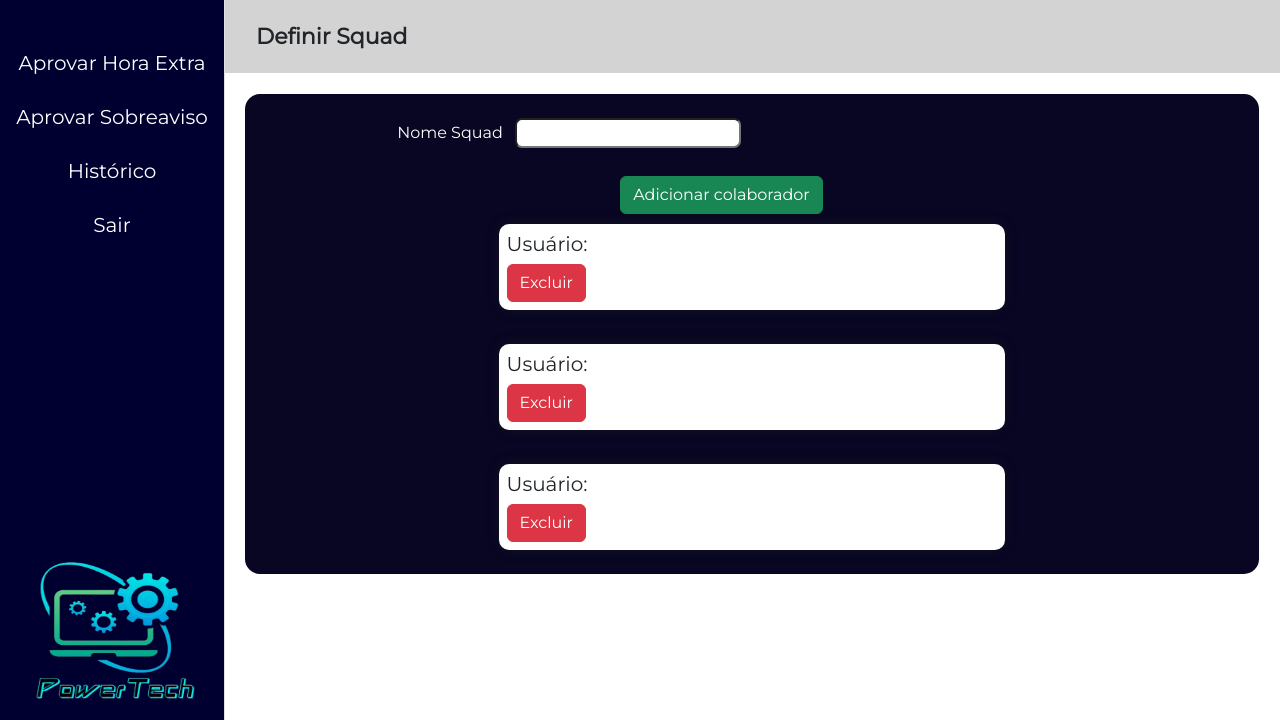
Repository: PowerTech-Fatec/API-2RP-NET
Page: /adm/squad (app in Sprint 3/2rp-web/)
The author's editor kept a copy of each file at every save. The page is drawn from the files as they stood at one save, then again after the next save.
The browser window is 1280 px wide. The pictures show the whole page.
The project was rebuilt for these pictures with package versions that can differ from the ones it lists, and the page was loaded fresh each time. Also part of the build but not shown: Sprint 3/2rp-web/src/pages/login/login.js, Sprint 3/2rp-web/src/pages/home/dashboard.js, Sprint 3/2rp-web/src/pages/home/sobreaviso/sobreaviso.css, Sprint 3/2rp-web/src/pages/home/sobreaviso/sobreaviso.js, Sprint 3/2rp-web/src/pages/home/hora-extra/hora-extra.css, Sprint 3/2rp-web/src/pages/home/hora-extra/hora-extra.js, Sprint 3/2rp-web/src/components/cards/Cards.js, Sprint 3/2rp-web/src/pages/home/gestor/aprovar-hora-extra/gestor.js and 3 more.

Above is the page before, as saved 2022-11-02 13:43:00.

After the next save:
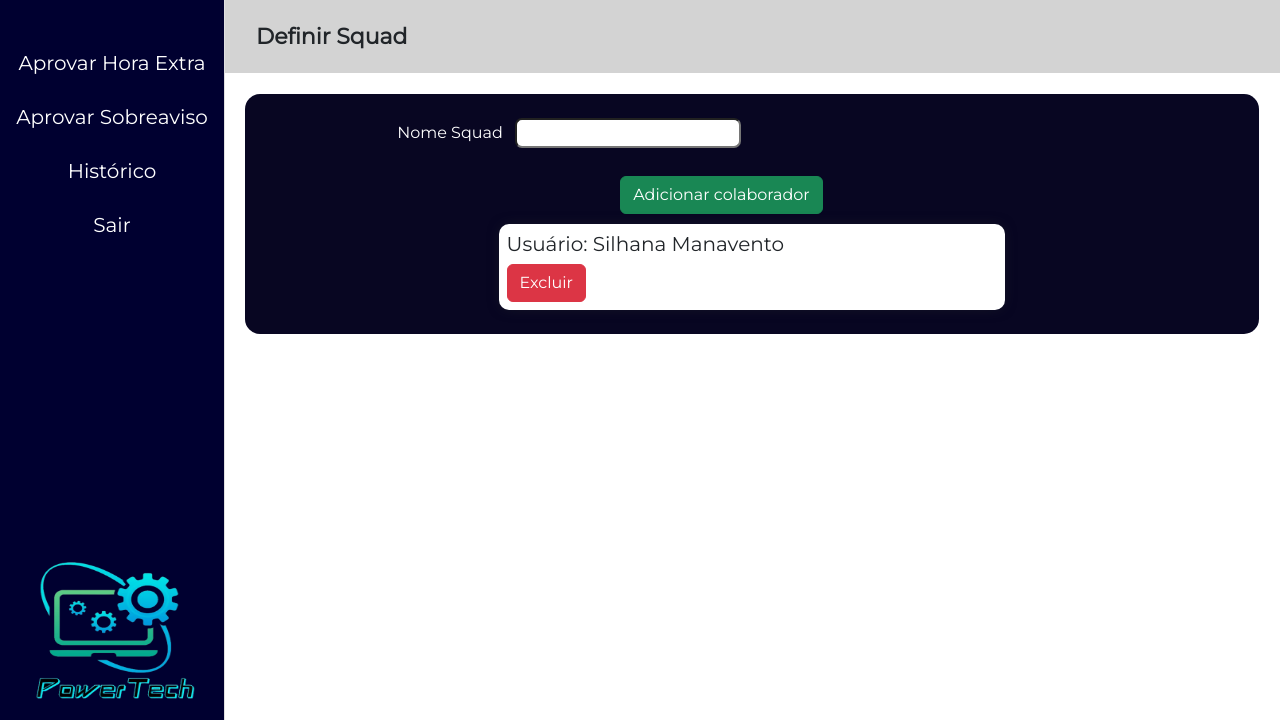
Saved 75 s later.
--- a/Sprint 3/2rp-web/src/pages/home/adm/squad/def-squad.js
+++ b/Sprint 3/2rp-web/src/pages/home/adm/squad/def-squad.js
@@ -26,25 +26,9 @@ function Squad() {
             {/* card info hora extra */}
             <div className="d-flex flex-column aling-itens-center">
             <Card
-              Funcionario = " Silhana Manavento"
-              Data = "25/10/11"
-              HoraInicial = "11:00"
-              HoraFinal = "17:00"
+              Usuario = " Silhana Manavento"
             />
 
-            <Card
-              Funcionario = " Magno Antonio"
-              Data = "26/10/11"
-              HoraInicial = "12:00"
-              HoraFinal = "18:00"
-            />
-
-            <Card
-              Funcionario = "Felipe Silva"
-              Data = "26/10/11"
-              HoraInicial = "12:00"
-              HoraFinal = "18:00"
-            />
             </div>
 
 
